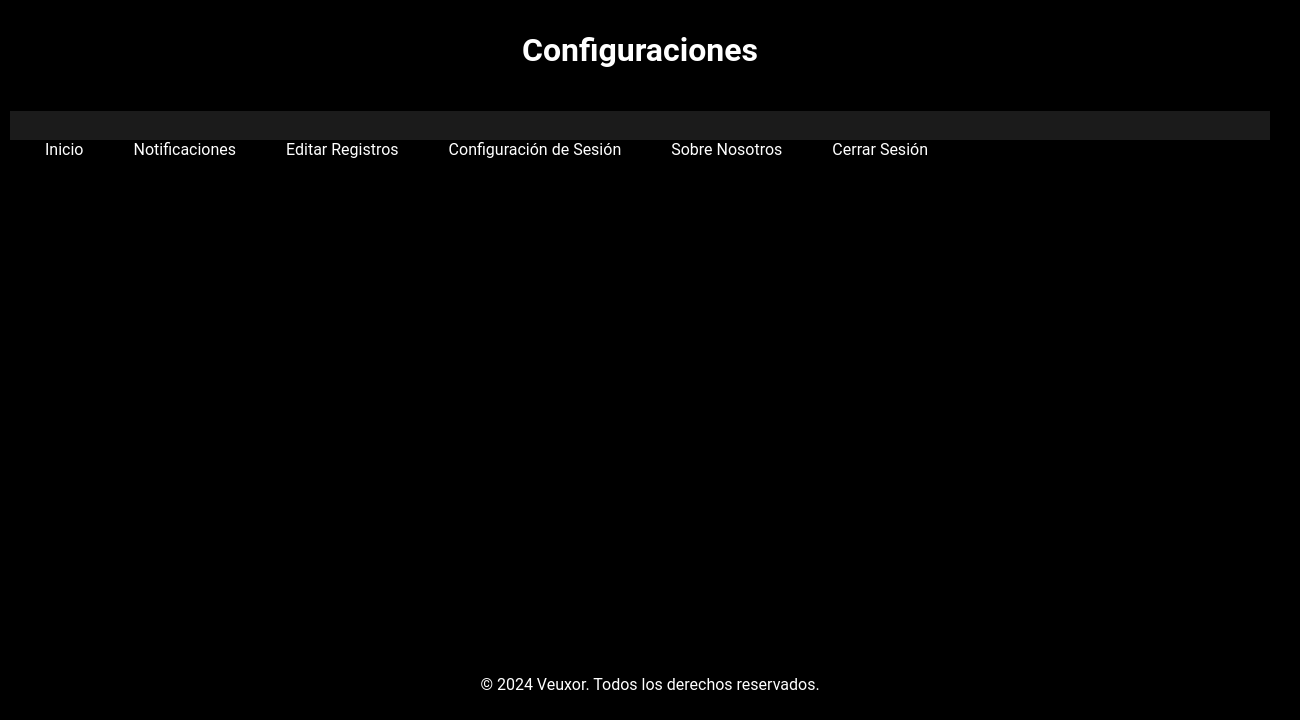
Repository: EddyWebz/updat
Page: privado/config.html
These files come from the project's save history. The page is drawn as it stood at one moment and after the next save; the edit follows.
The browser window is 1280 px wide. The page is 1300 px wide, so the pictures cover 1300 px, including what lies to the right of the window. The pictures show the whole page.

Above is the page before, as saved 2024-09-15 11:00:08.

After the next save:
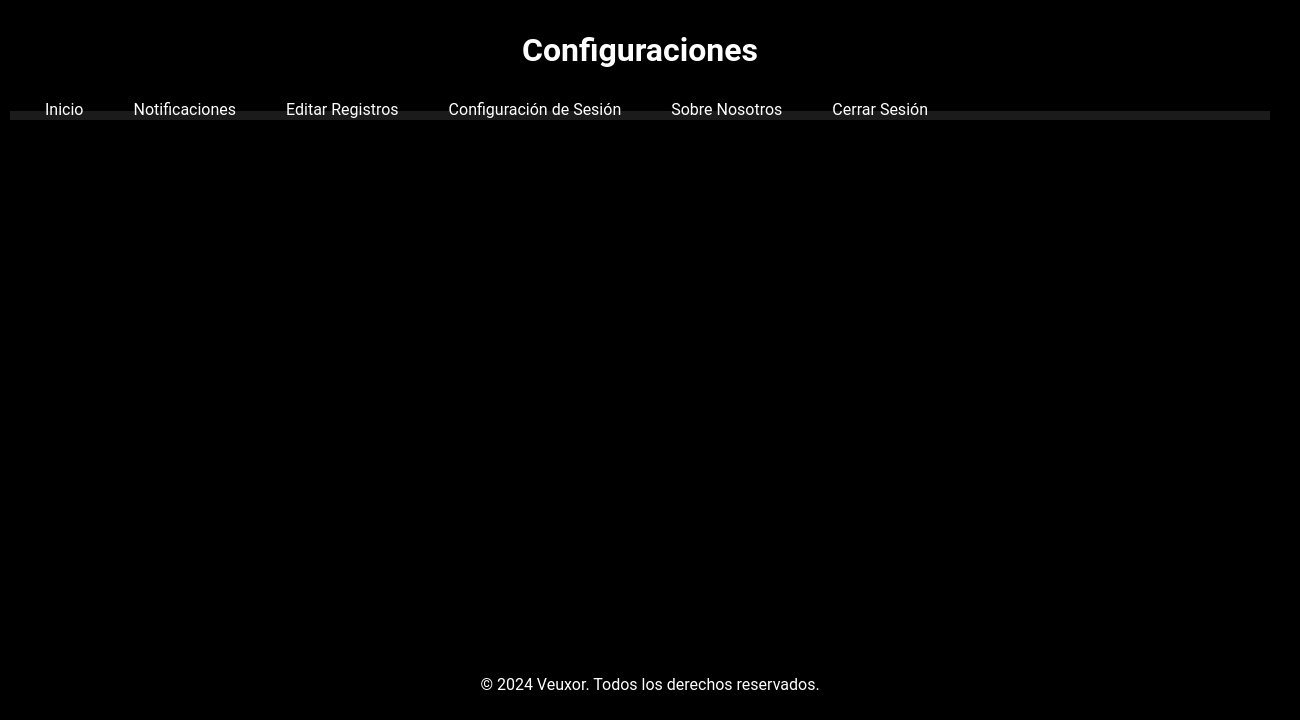
Saved 31 s later.
--- a/BASE-2/config.css
+++ b/BASE-2/config.css
@@ -133,7 +133,7 @@ header {
         border: none;
         display: inline-block;
         background-color: transparent;
-        margin-top: -10px; /* Sube los botones 5px */
+        margin-top: -30px; /* Sube los botones 5px */
     }
 
     .dropdown-content a:hover {
